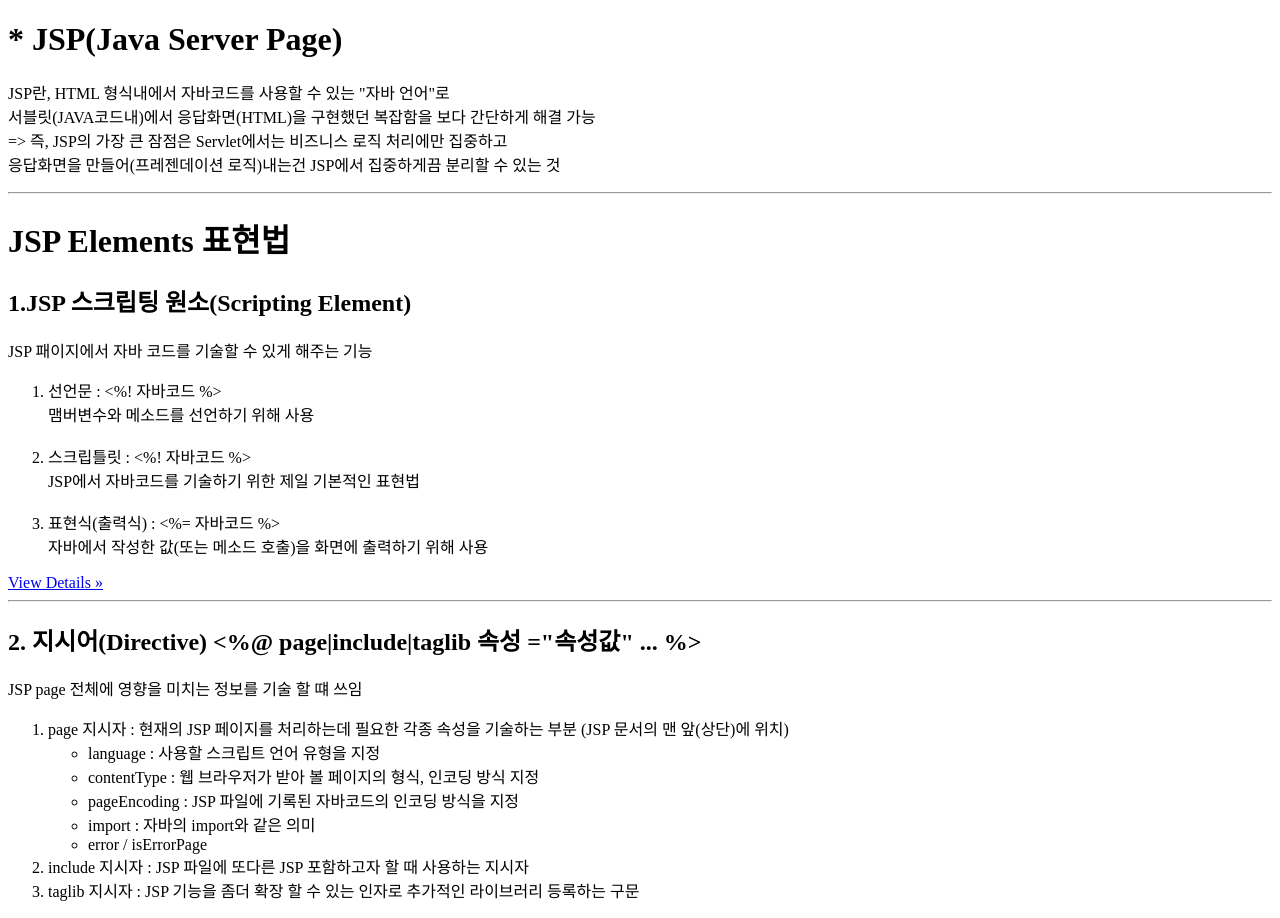
Repository: BrianH29/BH_webserver_workspace1
Page: webserver_workspace1/2_JSP/WebContent/index.html
An editor plug-in stored every save of this project. The page is shown before and after the next save, followed by the edit.
The browser window is 1280 px wide. The pictures show the whole page.

Above is the page before, as saved 2020-08-31 02:14:36.

### webserver_workspace1/2_JSP/WebContent/index.html
<!DOCTYPE html>
<html>
<head>
<meta charset="UTF-8">
<title>Insert title here</title>
</head>
<body>

	<h1>* JSP(Java Server Page)</h1>

	<p>
		JSP란, HTML 형식내에서 자바코드를 사용할 수 있는 "자바 언어"로<br>
		서블릿(JAVA코드내)에서 응답화면(HTML)을 구현했던 복잡함을 보다 간단하게 해결 가능 <br>
		=> 즉, JSP의 가장 큰 잠점은 Servlet에서는 비즈니스 로직 처리에만 집중하고 <br>
			응답화면을 만들어(프레젠데이션 로직)내는건 JSP에서 집중하게끔 분리할 수 있는 것
	</p>

	<hr>

	<h1>JSP Elements 표현법</h1>

	<h2>1.JSP 스크립팅 원소(Scripting Element)</h2>
	<p>JSP 패이지에서 자바 코드를 기술할 수 있게 해주는 기능</p>

	<ol>
		<li>
			선언문 : &lt;%! 자바코드 %&gt;<br>
			맴버변수와 메소드를 선언하기 위해 사용<br><br>
		</li>
		<li>
			스크립틀릿 : &lt;%! 자바코드 %&gt;<br>
			JSP에서 자바코드를 기술하기 위한 제일 기본적인 표현법 <br><br>
		</li>
		<li>
			표현식(출력식) : &lt;%= 자바코드 %&gt; <br>
			자바에서 작성한 값(또는 메소드 호출)을 화면에 출력하기 위해 사용
		</li>
	</ol>

	<a href="views/01_ScriptingElement.jsp">View Details &raquo;</a>


	<hr>

	<h2> 2. 지시어(Directive) &lt;%@ page|include|taglib 속성 ="속성값" ... %&gt;</h2>
	<p>JSP page 전체에 영향을 미치는 정보를 기술 할 떄 쓰임 </p>


	<ol>
		<li>
			page 지시자 : 현재의 JSP 페이지를 처리하는데 필요한 각종 속성을 기술하는 부분 (JSP 문서의 맨 앞(상단)에 위치)<br>
			<ul>
				<li>language : 사용할 스크립트 언어 유형을 지정</li>
				<li>contentType : 웹 브라우저가 받아 볼 페이지의 형식, 인코딩 방식 지정</li>
				<li>pageEncoding : JSP 파일에 기록된 자바코드의 인코딩 방식을 지정</li>
				<li>import : 자바의 import와 같은 의미</li>
				<li>error / isErrorPage</li>
			</ul>
		</li>
		<li>
			include 지시자 : JSP 파일에 또다른 JSP 포함하고자 할 때 사용하는 지시자<br>
		</li>
		<li>
			taglib 지시자 :  JSP 기능을 좀더 확장 할 수 있는 인자로 추가적인 라이브러리 등록하는 구문
		</li>
	</ol>


</body>
</html>

After the next save:
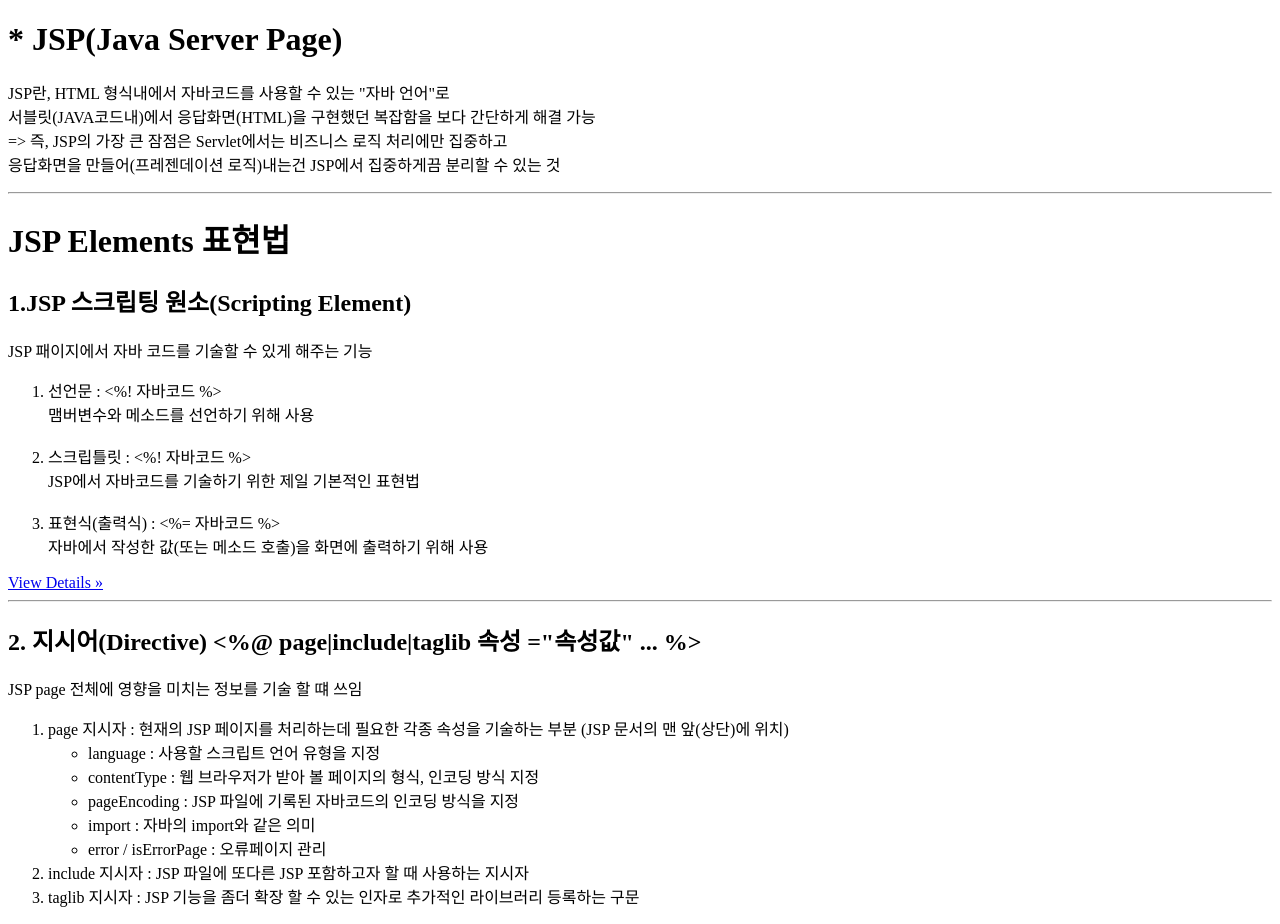
Saved 22 s later.
--- a/webserver_workspace1/2_JSP/WebContent/index.html
+++ b/webserver_workspace1/2_JSP/WebContent/index.html
@@ -54,7 +54,7 @@
 				<li>contentType : 웹 브라우저가 받아 볼 페이지의 형식, 인코딩 방식 지정</li>
 				<li>pageEncoding : JSP 파일에 기록된 자바코드의 인코딩 방식을 지정</li>
 				<li>import : 자바의 import와 같은 의미</li>
-				<li>error / isErrorPage</li>
+				<li>error / isErrorPage : 오류페이지 관리</li>
 			</ul>
 		</li>
 		<li>
